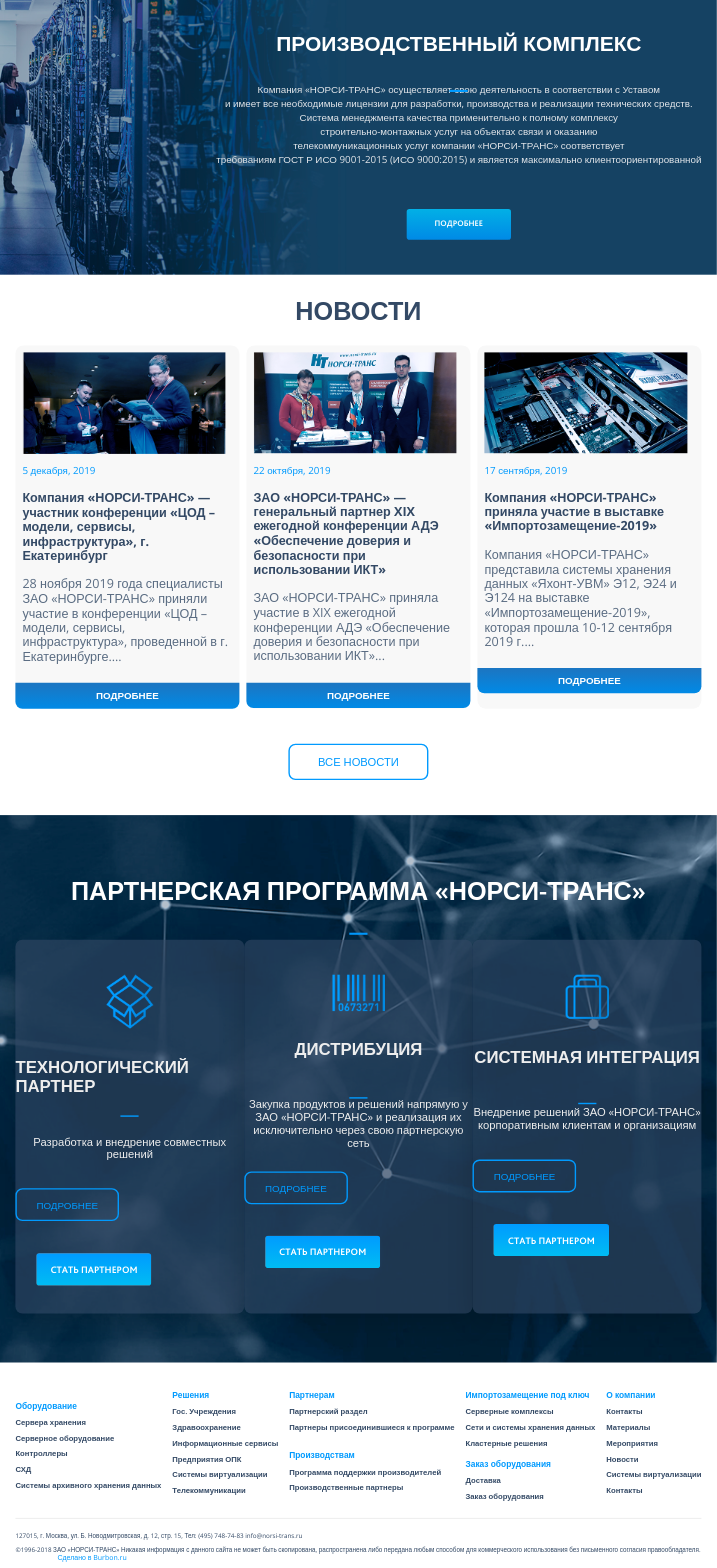
Repository: frostnn/testTaskBurbon
Page: app/index.html
These files come from the project's save history. The page is drawn as it stood at one moment and after the next save; the edit follows.
The browser window is 1024 px wide. The pictures show the part of the page from y = 1218 to 3458 px (the page is 3458 px tall before and 3419 px after), at 70% of full size.
The style sheet was rebuilt from its Sass, Less or Tailwind sources for each picture, by a compiler version that may differ from the author's.

Above is the page before, as saved 2020-07-16 10:52:22.

### app/index.html
<!DOCTYPE html>
<html lang="en">
<head>
  <meta charset="UTF-8">
  <meta name="viewport" content="width=device-width, initial-scale=1.0">
  <meta http-equiv="X-UA-Compatible" content="ie=edge">
  <link rel="stylesheet" href="css/style.min.css">
  <title>Test task</title>
</head>
<body>
  <div class="bg-test">
    <header class="header">
        <div class="header-logo">
          <img src="./img/NT_logo_color.png" alt="Логотип" class="header-logo__img">
        </div>
        <nav class="header-nav">
          <ul class="header-nav__list">
            <li class="header-nav__list-item">
              <a href="#" class="header-nav__list-link">оборудование</a>
            </li>
            <li class="header-nav__list-item">
              <a href="#" class="header-nav__list-link">решения</a>
            </li>
            <li class="header-nav__list-item">
              <a href="#" class="header-nav__list-link">партнерам</a>
            </li>
            <li class="header-nav__list-item">
              <a href="#" class="header-nav__list-link">производствам</a>
            </li>
            <li class="header-nav__list-item">
              <a href="#" class="header-nav__list-link">импортозамещение под ключ</a>
            </li>
            <li class="header-nav__list-item">
              <a href="#" class="header-nav__list-link">заказ оборудования</a>
            </li>
            <li class="header-nav__list-item">
              <a href="#" class="header-nav__list-link">о компании</a>
            </li>
          </ul>
        </nav>
        <div class="header-search">
          <img src="./img/search.png" alt="Поиск" class="header-search__img">
        </div>
    </header>
    <section class="slider">
      <div class="slider-block">
        <div class="slider-block__content">
          <h1 class="slider-block__content-title">Яхонт-увм э24</h1>
          <p class="slider-block__content-text">
            программно-аппаратный комплекс высокопроизводительной загрузки <br>
            и накопления массивов CDR/IPDR данных, выполнения задач<br>
            по их обработке
          </p>
          <a href="#" class="slider-block__content-link btn">Подробнее</a>
        </div>
        <div class="slider-block__content">
          <h1 class="slider-block__content-title">Яхонт-увм э24</h1>
          <p class="slider-block__content-text">
            программно-аппаратный комплекс высокопроизводительной загрузки <br>
            и накопления массивов CDR/IPDR данных, выполнения задач<br>
            по их обработке
          </p>
        <!--  <img src="./img/VPS.png" alt="" class="slider-block__content-img"> -->
          <a href="#" class="slider-block__content-link btn">Подробнее</a>
        </div>
        <div class="slider-block__content">
          <h1 class="slider-block__content-title">Яхонт-увм э24</h1>
          <p class="slider-block__content-text">
            программно-аппаратный комплекс высокопроизводительной загрузки <br>
            и накопления массивов CDR/IPDR данных, выполнения задач<br>
            по их обработке
          </p>
          <a href="#" class="slider-block__content-link btn">Подробнее</a>
        </div>
      </div>
    </section>
  </div>
  <section class="industries">
    <h2 class="industries-title">Наши отрасли</h2>
    <div class="industries-block">
      <div class="industries-block__content">
        <img src="./img/healths.png" alt="healths" class="industries-block__content-img">
        <h3 class="industries-block__content-title">Здравоохранение</h3>
        <p class="industries-block__content-text">
          Системы хранения данных. Интеграция
          в действующую ИКТ-структуру. Программно-аппаратный комплекс «Яхонт-ЭМК»,
          предназначенный для хранения и ведения медицинских интегрированных архивов
        </p>
        <a href="" class="industries-block__content-link">Подробнее</a>
      </div>
      <div class="industries-block__content">
        <img src="./img/gov.png" alt="government" class="industries-block__content-img">
        <h3 class="industries-block__content-title">Государственный сектор </h3>
        <p class="industries-block__content-text">
          Системы хранения данных. Интеграция в действующую ИКТ-структуру.
          Импортонезависимый программно-аппаратный комплекс систем электронного документооборота
          и аналитической отчетности
        </p>
        <a href="" class="industries-block__content-link">Подробнее</a>
      </div>
      <div class="industries-block__content">
        <img src="./img/telecom.png" alt="telecom" class="industries-block__content-img">
        <h3 class="industries-block__content-title">Телекоммуникации</h3>
        <p class="industries-block__content-text">
          Системы хранения данных. Интеграция в действующую ИКТ-структуру.
          Программно-аппаратный комплекс «Яхонт-ЭМК»,
          предназначенный для хранения и ведения медицинских интегрированных архивов
        </p>
        <a href="" class="industries-block__content-link">Подробнее</a>
      </div>
      <div class="industries-block__content">
        <img src="./img/opk.png" alt="opk" class="industries-block__content-img">
        <h3 class="industries-block__content-title">Предприятия ОПК</h3>
        <p class="industries-block__content-text">
          Системы хранения данных. Интеграция в действующую ИКТ-структуру.
          Импортонезависимый программно-аппаратный комплекс систем электронного документооборота
          и аналитической отчетности
        </p>
        <a href="#" class="industries-block__content-link">Подробнее</a>
      </div>
    </div>
  </section>
  <main class="production">
    <div class="production-wrapper">
      <div class="production-block">
        <h2 class="production-block__title">Производственный комплекс</h2>
        <p class="production-block__text">
          Компания «НОРСИ-ТРАНС» осуществляет свою деятельность в соответствии с Уставом <br>
          и имеет все необходимые лицензии для разработки, производства и реализации технических средств.<br>
          Система менеджмента качества применительно к полному комплексу<br>
          строительно-монтажных услуг на объектах связи и оказанию <br>
          телекоммуникационных услуг компании «НОРСИ-ТРАНС» соответствует <br>
          требованиям ГОСТ Р ИСО 9001-2015 (ИСО 9000:2015) и является максимально клиентоориентированной
        </p>
        <a href="#" class="production-block__link btn">подробнее</a>
      </div>
    </div>
  </main>
  <section class="news">
    <h2 class="news-title">Новости</h2>
      <div class="news-block">
        <div class="news-block__content">
          <img src="./img/news_1.png" alt="news_img" class="news-block__content-img">
          <span class="news-block__content-date">5 декабря, 2019</span>
          <h4 class="news-block__content-title">
            Компания «НОРСИ-ТРАНС» — участник конференции «ЦОД – модели,
            сервисы, инфраструктура», г. Екатеринбург
          </h4>
          <p class="news-block__content-text">
            28 ноября 2019 года специалисты ЗАО «НОРСИ-ТРАНС»
            приняли участие в конференции «ЦОД – модели, сервисы,
            инфраструктура», проведенной в г. Екатеринбурге.…
          </p>
          <a href="#" class="news-block__content-link">Подробнее</a>
        </div>
          <div class="news-block__content">
            <img src="./img/news_2.png" alt="news_img" class="news-block__content-img">
            <span class="news-block__content-date">22 октября, 2019</span>
            <h4 class="news-block__content-title">
              ЗАО «НОРСИ-ТРАНС» — генеральный партнер XIX
              ежегодной конференции АДЭ «Обеспечение доверия
              и безопасности при использовании ИКТ»
            </h4>
            <p class="news-block__content-text">
              ЗАО «НОРСИ-ТРАНС» приняла участие в XIX ежегодной конференции
              АДЭ «Обеспечение доверия и безопасности при использовании ИКТ»...
            </p>
            <a href="#" class="news-block__content-link">Подробнее</a>
          </div>
          <div class="news-block__content">
            <img src="./img/news_3.png" alt="news_img" class="news-block__content-img">
            <span class="news-block__content-date">17 сентября, 2019</span>
            <h4 class="news-block__content-title">
              Компания «НОРСИ-ТРАНС» приняла участие
              в выставке «Импортозамещение-2019»
            </h4>
            <p class="news-block__content-text">
              Компания «НОРСИ-ТРАНС» представила системы хранения данных
              «Яхонт-УВМ» Э12, Э24 и Э124 на выставке «Импортозамещение-2019»,
              которая прошла 10-12 сентября 2019 г.…
            </p>
            <a href="#" class="news-block__content-link">Подробнее</a>
          </div>
      </div>
      <div class="btn-wrapper">
        <button class="news-btn">Все новости</button>
      </div>
  </section>
  <section class="program">
    <div class="program-wrapper">
      <h2 class="program-title">Партнерская программа «НОРСИ-ТРАНС» </h2>
      <div class="program-block__wrapper">
        <div class="program-block">
          <img src="./img/box.png" alt="box" class="program-block__img">
          <h5 class="program-block__title">Технологический партнер</h5>
          <p class="program-block__text">Разработка и внедрение совместных решений </p>
          <div class="program-block__btn">
            <a href="#" class="program-block__btn-link">подробнее</a>
            <button class="program-block__btn-btn btn">стать партнером</button>
          </div>
        </div>
        <div class="program-block">
          <img src="./img/code.png" alt="box" class="program-block__img">
          <h5 class="program-block__title">Дистрибуция</h5>
          <p class="program-block__text">
            Закупка продуктов и решений напрямую у ЗАО «НОРСИ-ТРАНС»
            и реализация их исключительно через свою партнерскую сеть
          </p>
          <div class="program-block__btn">
            <a href="#" class="program-block__btn-link">подробнее</a>
            <button class="program-block__btn-btn btn">стать партнером</button>
          </div>
        </div>
        <div class="program-block">
          <img src="./img/case.png" alt="box" class="program-block__img">
          <h5 class="program-block__title">Системная интеграция</h5>
          <p class="program-block__text">
            Внедрение решений ЗАО «НОРСИ-ТРАНС»
            корпоративным клиентам и организациям
          </p>
          <div class="program-block__btn">
            <a href="#" class="program-block__btn-link">подробнее</a>
            <button class="program-block__btn-btn btn">стать партнером</button>
          </div>
        </div>
      </div>
    </div>
  </section>
  <footer class="footer">
    <div class="footer-nav">
      <div class="equipment-block">
        <ul class="equipment-block__list">
          <li class="equipment-block__list-title">Оборудование</li>
          <li class="equipment-block__list-item"> <a href="#" class="equipment-block__item-link"> Сервера хранения</a></li>
          <li class="equipment-block__list-item"> <a href="#" class="equipment-block__item-link">Серверное оборудование</a></li>
          <li class="equipment-block__list-item"> <a href="#" class="equipment-block__item-link"> Контроллеры</a></li>
          <li class="equipment-block__list-item"> <a href="#" class="equipment-block__item-link">СХД</a></li>
          <li class="equipment-block__list-item"> <a href="#" class="equipment-block__item-link">Системы архивного хранения данных</a></li>
        </ul>
      </div>
      <div class="decisions-block">
        <ul class="decisions-block__list">
          <li class="decisions-block__list-title">Решения</li>
          <li class="decisions-block__list-item"> <a href="#" class="decisions-block__item-link"> Гос. Учреждения</a></li>
          <li class="decisions-block__list-item"> <a href="#" class="decisions-block__item-link">Здравоохранение</a></li>
          <li class="decisions-block__list-item"> <a href="#" class="decisions-block__item-link">Информационные сервисы</a></li>
          <li class="decisions-block__list-item"> <a href="#" class="decisions-block__item-link">Предприятия ОПК</a></li>
          <li class="decisions-block__list-item"> <a href="#" class="decisions-block__item-link">Системы виртуализации</a></li>
          <li class="decisions-block__list-item"> <a href="#" class="decisions-block__item-link">Телекоммуникации</a></li>
        </ul>
      </div>
      <div class="partners-block">
        <ul class="partners-block__list">
          <li class="partners-block__list-title">Партнерам</li>
          <li class="partners-block__list-item"> <a href="#" class="partners-block__item-link">Партнерский раздел</a></li>
          <li class="partners-block__list-item"> <a href="#" class="partners-block__item-link">Партнеры присоединившиеся к программе</a></li>
        </ul>
        <ul class="productions-block__list">
          <li class="productions-block__list-title">Производствам</li>
          <li class="productions-block__list-item"> <a href="#" class="productions-block__item-link">Программа поддержки производителей</a></li>
          <li class="productions-block__list-item"> <a href="#" class="productions-block__item-link">Производственные партнеры</a></li>
        </ul>
      </div>
      <div class="import-block">
        <ul class="import-block__list">
          <li class="import-block__list-title">Импортозамещение под ключ</li>
          <li class="import-block__list-item"> <a href="#" class="import-block__item-link"> Серверные комплексы</a></li>
          <li class="import-block__list-item"> <a href="#" class="import-block__item-link">Сети и системы хранения данных</a></li>
          <li class="import-block__list-item"> <a href="#" class="import-block__item-link">Кластерные решения</a></li>
        </ul>
        <ul class="equipment-block__list">
          <li class="equipment-block__list-title">Заказ оборудования</li>
          <li class="equipment-block__list-item"> <a href="#" class="equipment-block__item-link">Доставка</a></li>
          <li class="equipment-block__list-item"> <a href="#" class="equipment-block__item-link">Заказ оборудования</a></li>
        </ul>
      </div>
      <div class="nav-block">
        <ul class="nav-block__list">
          <li class="nav-block__list-title" >О компании</li>
          <li class="nav-block__list-item" > <a href="#" class="nav-block__item-link">Контакты</a></li>
          <li class="nav-block__list-item" > <a href="#" class="nav-block__item-link">Материалы</a></li>
          <li class="nav-block__list-item" > <a href="#" class="nav-block__item-link">Мероприятия</a></li>
          <li class="nav-block__list-item" > <a href="#" class="nav-block__item-link">Новости</a></li>
          <li class="nav-block__list-item" > <a href="#" class="nav-block__item-link">Системы виртуализации</a></li>
          <li class="nav-block__list-item" > <a href="#" class="nav-block__item-link">Контакты</a></li>
        </ul>
      </div>
    </div>
    <div class="subfooter">
      <p class="subfooter-contacts">
        127015, г. Москва, ул. Б. Новодмитровская,
        д. 12, стр. 15, Тел: <a href="tel:(495) 748-74-83" class="subfooter-contacts__link">(495) 748-74-83</a> <a href="mailto:info@norsi-trans.ru" class="subfooter-contacts__link">info@norsi-trans.ru</a>
      </p>
      <p class="subfooter-info">
        ©1996-2018 ЗАО «НОРСИ-ТРАНС» Никакая информация с данного сайта не может быть скопирована,
        распространена либо передана любым способом для коммерческого использования без письменного согласия правообладателя.
        <a href="https://burbon.ru/" class="subfooter-link">Сделано в Burbon.ru</a>
      </p>

    </div>
  </footer>
  <script src="https://ajax.googleapis.com/ajax/libs/jquery/3.4.1/jquery.min.js"></script>
  <script src="js/libs.min.js"></script>
  <script src="js/main.js"></script>
</body>
</html>

### app/scss/_vars.scss
$white: #fff;
$blue: #019afe;

### app/scss/_fonts.scss
@import url('https://fonts.googleapis.com/css2?family=Open+Sans:wght@300;400;600;700;800&display=swap');
@font-face {
  font-family: 'Bliss Pro Bold';
  src: url('../fonts/BlissPro-Bold.eot');
  src: url('../fonts/BlissPro-Bold.eot?#iefix') format('embedded-opentype'),
  url('../fonts/BlissPro-Bold.woff') format('woff'),
  url('../fonts/BlissPro-Bold.ttf') format('truetype');
  font-weight: normal;
  font-style: normal;
  }

### app/scss/_global.scss
html {
  box-sizing: border-box;
}
body {
  font-family: 'Open Sans', sans-serif;
}
*,
*::before,
*::after {

  box-sizing: inherit;
}
a {
  display: inline;
  text-decoration: none;
  color: #fff;
}
ul,
li {
  list-style: none;
  margin: 0;
  padding: 0;
}

### app/scss/_media.scss
@media (max-width: 1452px) {
  .footer,
  .news,
  .industries,
  .production-wrapper,
  .program-wrapper,
  .header,
  .slider {
    max-width: 1350px;
  }
  .header-nav__list {
    .header-nav__list-item {
      margin-right: 30px;
    }
    .header-nav__list-link {
      font-size: 12px;
    }
  }
  .slider-block__content-title {
    font-size: 42px;
  }
  .slider-block__content-text {
    font-size: 18px;
  }
  .industries-block__content {
    max-width: 320px;
    .industries-block__content-title {
      font-size: 16px;
    }
    .industries-block__content-text {
      font-size: 14px;
    }
    .industries-block__content-img {
      max-width: 320px;
    }
  }
  .production {
    background-position: center;
  }
  .news-block__content {
    max-width: 430px;
    .news-block__content-img {
      max-width: 420px;
    }
    .news-block__content-title {
      font-size: 18px;

    }
    .news-block__content-date {
      font-size: 14px;

    }
    .news-block__content-text {
      font-size: 18px;
    }
  }
  .program-block {
    width: 424px;
  }
  .program-block .program-block__btn-btn {
    padding: 15px 20px;
  }
  .program-block .program-block__btn-link {
    padding: 12px 28px;
  }
  .footer-nav {
    .equipment-block__list-title,
    .decisions-block__list-title,
    .partners-block__list-title,
    .productions-block__list-title,
    .import-block__list-title,
    .equipment-block__list-title,
    .nav-block__list-title {
      font-size: 12px;
    }
    a {
      font-size: 11px;
    }
  }
  .subfooter {
    .subfooter-contacts {
      font-size: 9px;
    }
    .subfooter-info{
      font-size: 9px;
    }
    .subfooter-link {
      font-size: 10px;
      margin-left: 60px;
    }
  }
}
@media (max-width: 1360px) {
  .footer,
  .news,
  .industries,
  .production-wrapper,
  .program-wrapper,
  .header,
  .slider {
    max-width: 1280px;
  }
  .industries-block__content {
    max-width: 300px;
    .industries-block__content-img {
      max-width: 300px;
    }
  }
  .news-block__content {
    max-width: 420px;
    .news-block__content-img {
      max-width: 410px;
    }
  }
  .program-block {
    width: 413px;
  }

}

@media (max-width: 1245px) {
  .footer,
  .news,
  .industries,
  .production-wrapper,
  .program-wrapper,
  .header,
  .slider {
    max-width: 1190px;
  }
  .industries-block__content {
    max-width: 280px;
    .industries-block__content-img {
      max-width: 280px;
    }
  }
  .news-block__content {
    max-width: 380px;
    .news-block__content-img {
      max-width: 370px;
    }
  }
  .program-block {
    width: 370px;
  }
  .header-nav__list {
    .header-nav__list-item {
      margin-right: 30px;
    }
    .header-nav__list-link {
      font-size: 10px;
    }
  }
}

@media (max-width: 1200px) {
  .footer,
  .news,
  .industries,
  .production-wrapper,
  .program-wrapper,
  .header,
  .slider {
    max-width: 1100px;
  }
  .industries-block__content {
    max-width: 240px;
    .industries-block__content-img {
      max-width: 240px;
    }
  }
  .news-block__content {
    max-width: 380px;
    .news-block__content-img {
      max-width: 370px;
    }
  }
  .program-block {
    width: 370px;
  }
  .header-nav__list {
    .header-nav__list-item {
      margin-right: 15px;
    }
    .header-nav__list-link {
      font-size: 10px;
    }
  }

}
@media (min-width: 992px) and (max-width: 1199px) {
  .footer,
  .news,
  .industries,
  .production-wrapper,
  .program-wrapper,
  .header,
  .slider {
    max-width: 980px;
  }
  .industries-block__content {
    max-width: 240px;
    .industries-block__content-img {
      max-width: 240px;
    }
  }
  .news-block__content {
    max-width: 320px;
    .news-block__content-img {
      max-width: 310px;
    }
  }
  .program-block {
    width: 370px;
  }
  .header-nav__list {
    .header-nav__list-item {
      margin-right: 15px;
    }
    .header-nav__list-link {
      font-size: 10px;
    }
  }
  .production-block {
    .production-block__text {

      font-size: 14px;
    }
    .production-block__link {
      margin-bottom: 50px;
      font-size: 12px;
    }
  }
}

Loaded but not shown: app/js/libs.min.js (library); app/js/main.js (5 lines, source omitted); app/scss/style.scss (456 lines, source omitted); app/scss/_libs.scss (469 lines, source omitted)

After the next save:
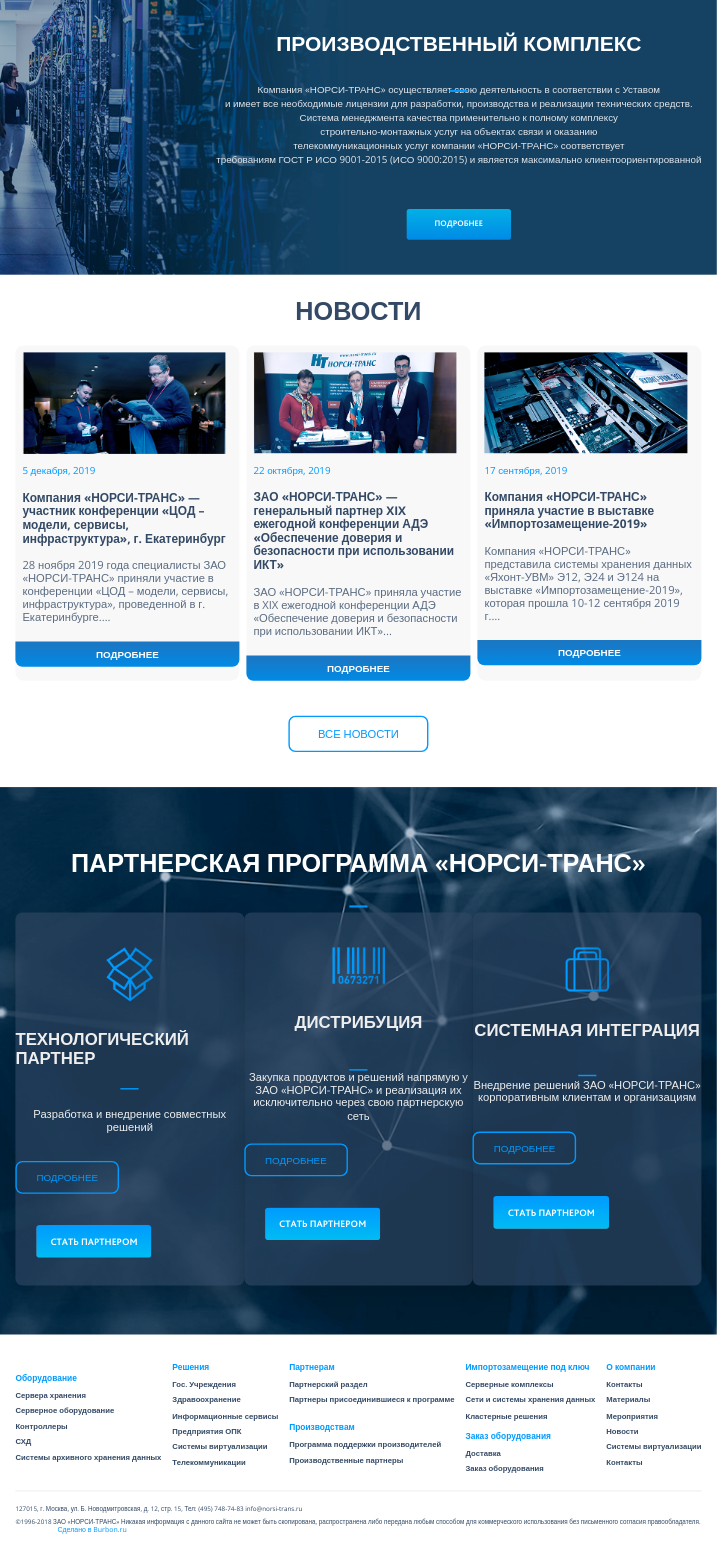
Saved 111 s later.
--- a/app/scss/_media.scss
+++ b/app/scss/_media.scss
@@ -209,7 +209,14 @@
     .news-block__content-img {
       max-width: 310px;
     }
-  }
+    .news-block__content-text {
+      font-size: 16px;
+    }
+    .news-block__content-title {
+      font-size: 17px;
+  }
+  }
+
   .program-block {
     width: 370px;
   }
